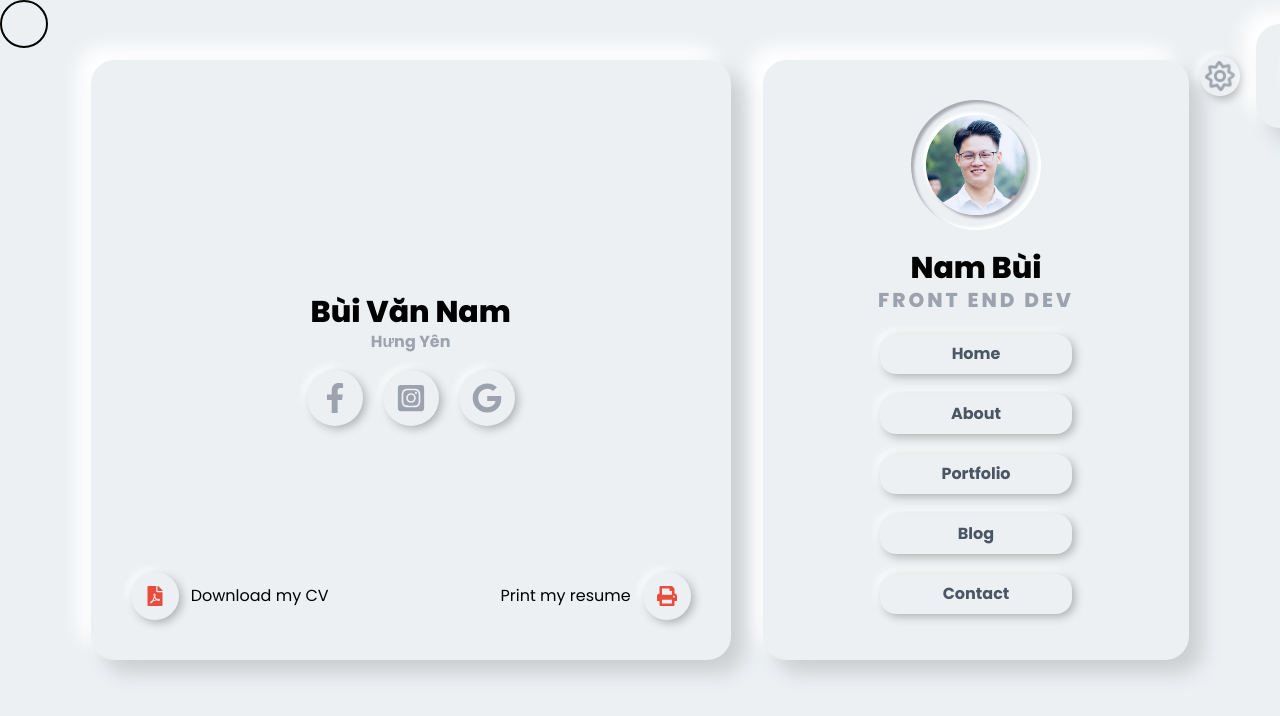
Repository: nambui98/profile_v2
Page: /contact
An editor plug-in stored every save of this project. The page is shown before and after the next save, followed by the edit.
The browser window is 1280 px wide. The pictures show the whole page.
The project was rebuilt for these pictures with package versions that can differ from the ones it lists, and the page was loaded fresh each time.

Above is the page before, as saved 2022-01-20 09:02:51.

After the next save:
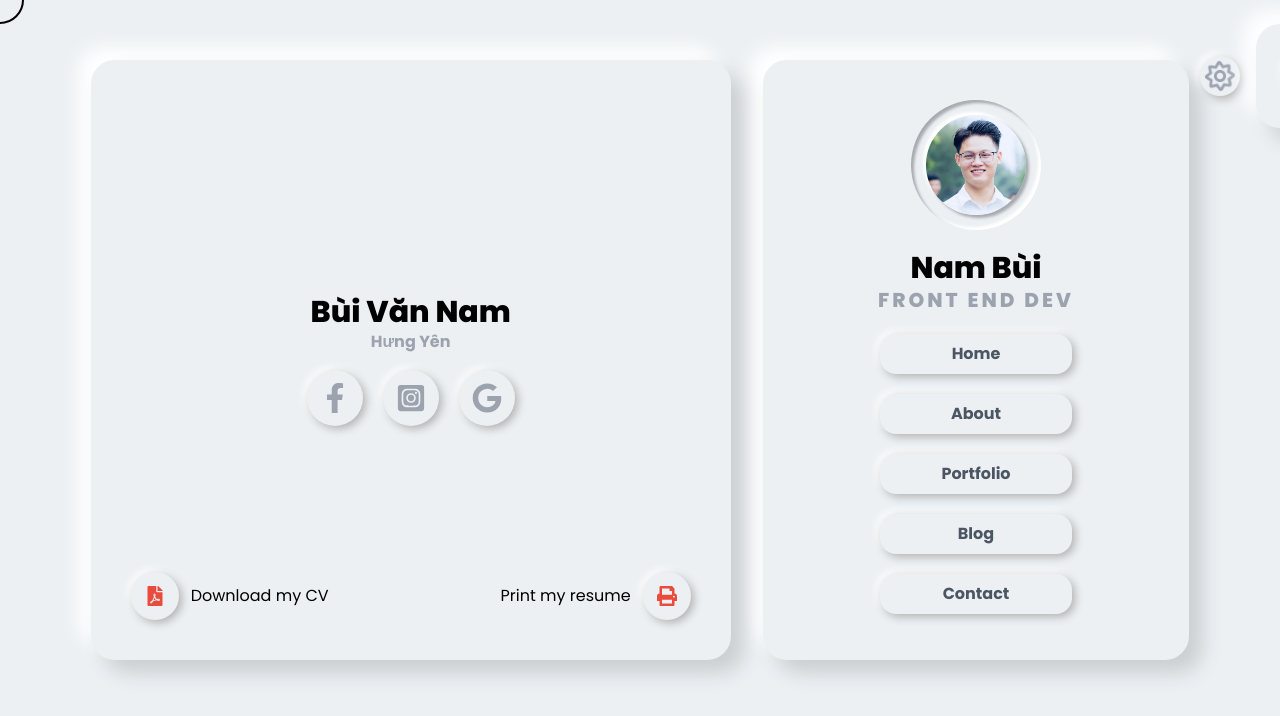
Saved 22 s later.
--- a/src/index.scss
+++ b/src/index.scss
@@ -351,4 +351,5 @@
     border: 2px solid black;
     border-radius: 50%;
     z-index: 1000;
-}
+    transform: translate(-50%, -50%);
+}
